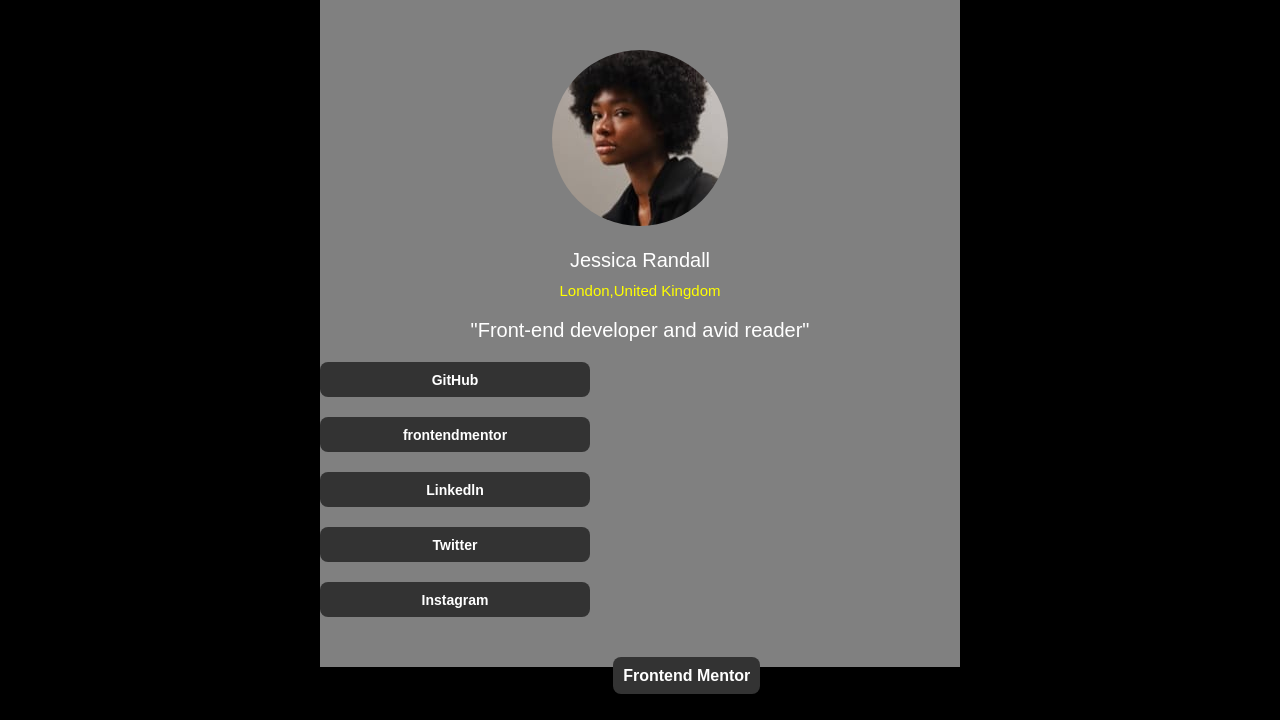
Repository: JosephAbatan05/Social-links-profile
Page: social-links-profile-main/index.html
The author's editor kept a copy of each file at every save. The page is drawn from the files as they stood at one save, then again after a run of saves.
The browser window is 1280 px wide. The pictures show the whole page.

Above is the page before, as saved 2025-01-25 11:07:46.

After the next 2 saves:
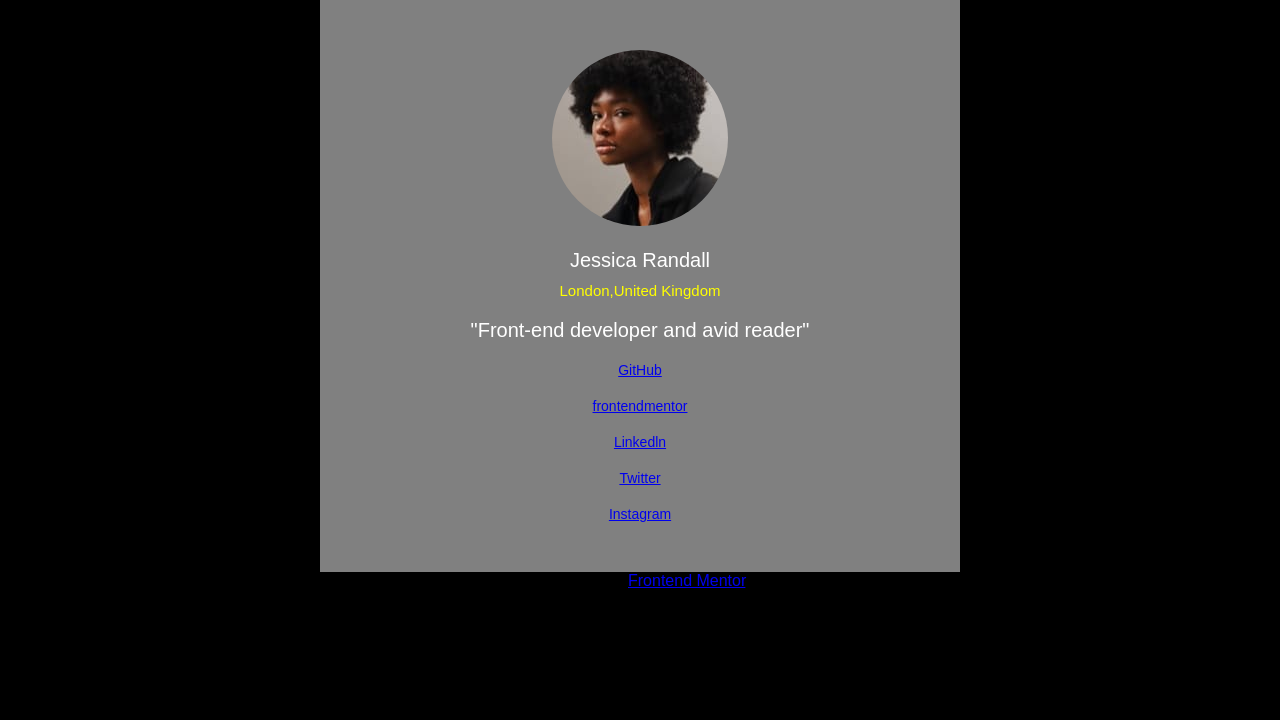
The 2 saves are shown as one change because they came seconds apart.
The last was saved 30 s later.
--- a/social-links-profile-main/styles.css
+++ b/social-links-profile-main/styles.css
@@ -61,7 +61,7 @@ img{
     flex-direction: column;
     margin-top: 20px;
 }
- a{
+ .fa-links-container a{
     text-decoration: none;
     font-weight:600;
     padding:10px;
